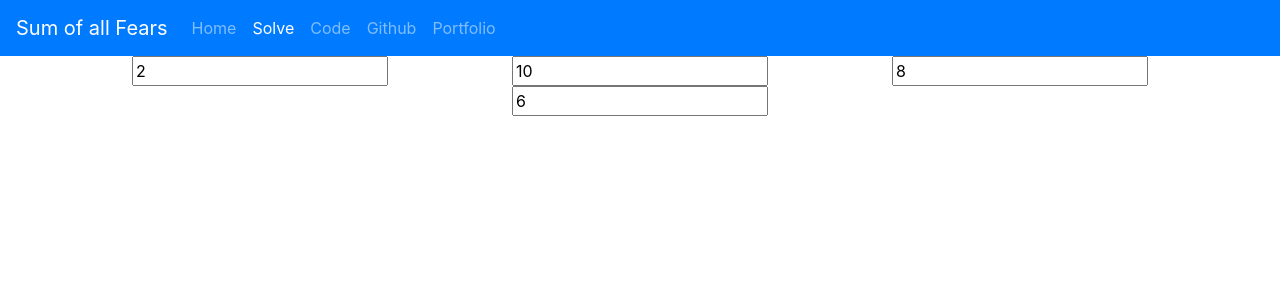
Repository: zhadjah9559/BrainBufferOverflow
Page: solve.html
These files come from the project's save history. The page is drawn as it stood at one moment and after the next save; the edit follows.
The browser window is 1280 px wide. The pictures show the whole page.

Above is the page before, as saved 2021-01-13 15:04:40.

After the next save:
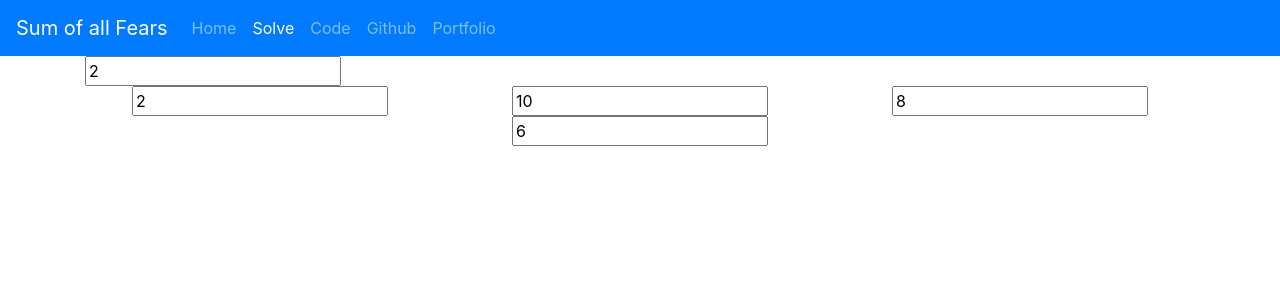
Saved 4 s later.
--- a/solve.html
+++ b/solve.html
@@ -39,6 +39,7 @@
     <div class="container">
        <div class="row">
            <div class="col">
+            <input type="number" id="arrayInput1" name="arrayInput1" value="2" placeholder="2...">
 
            </div>
        </div>
